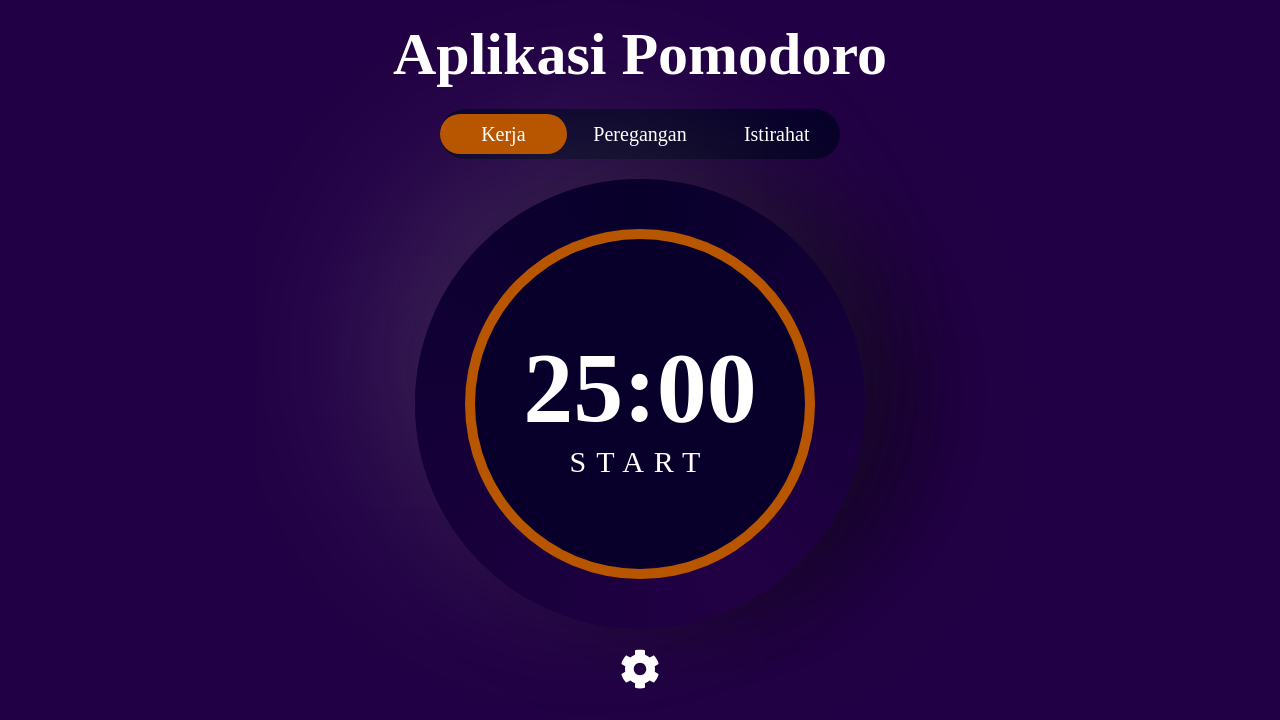
Repository: sellayspy/aplikasiPomodoro
Page: /
An editor plug-in stored every save of this project. The page is shown before and after the next save, followed by the edit.
The browser window is 1280 px wide. The pictures show the whole page.
The project was rebuilt for these pictures with package versions that can differ from the ones it lists, and the page was loaded fresh each time. Also part of the build but not shown: vite.config.js, src/components/Settings/Backdrop.jsx, src/components/Settings/ModalContainer.jsx.

Above is the page before, as saved 2024-11-25 16:21:24.

After the next save:
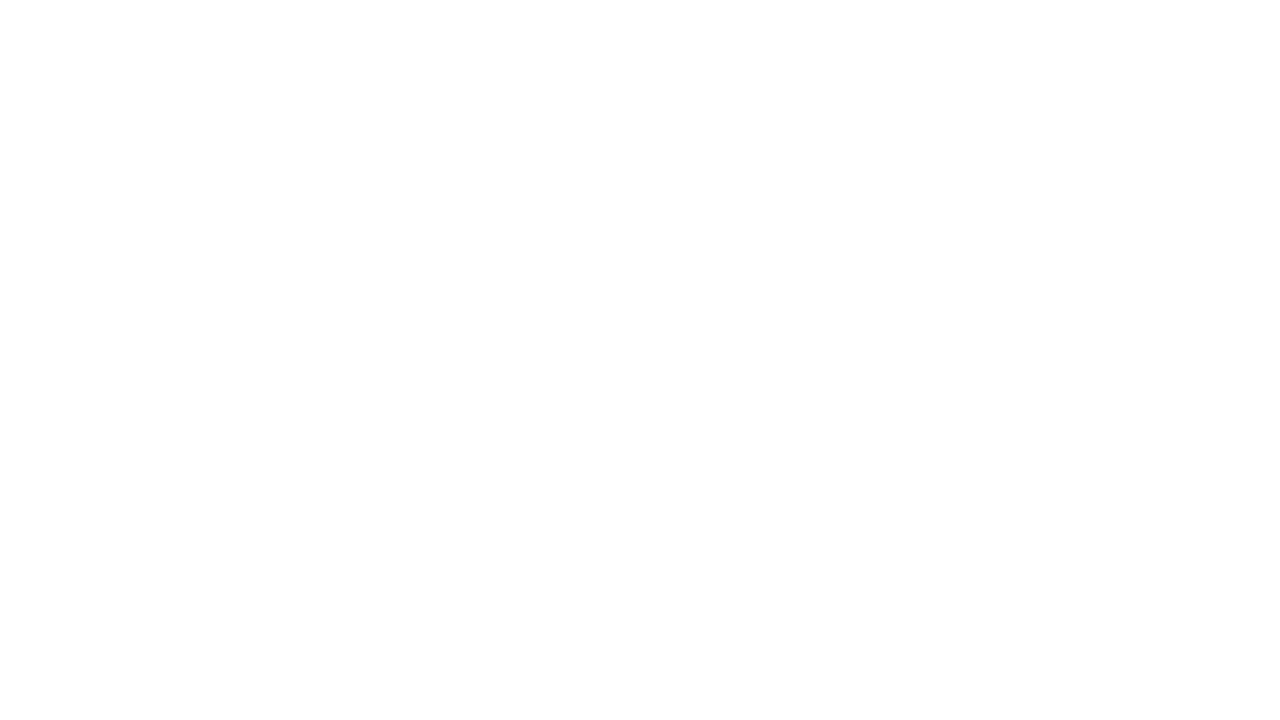
Console error: ReferenceError: onOpen is not defined
Saved 16 s later.
--- a/src/components/Settings/Modal.jsx
+++ b/src/components/Settings/Modal.jsx
@@ -1,13 +1,13 @@
 import Backdrop from "./Backdrop";
 import ModalContainer from "./ModalContainer";
 
-const Modal = ({ onOpen, onClose }) => {
+const Modal = ({ isOpen, onClose }) => {
   return (
     <>
       {onOpen && (
         <>
           <Backdrop />
-          <ModalContainer onOpen={onOpen} onClose={onClose} />
+          <ModalContainer isOpen={isOpen} onClose={onClose} />
         </>
       )}
     </>

After the save that followed:
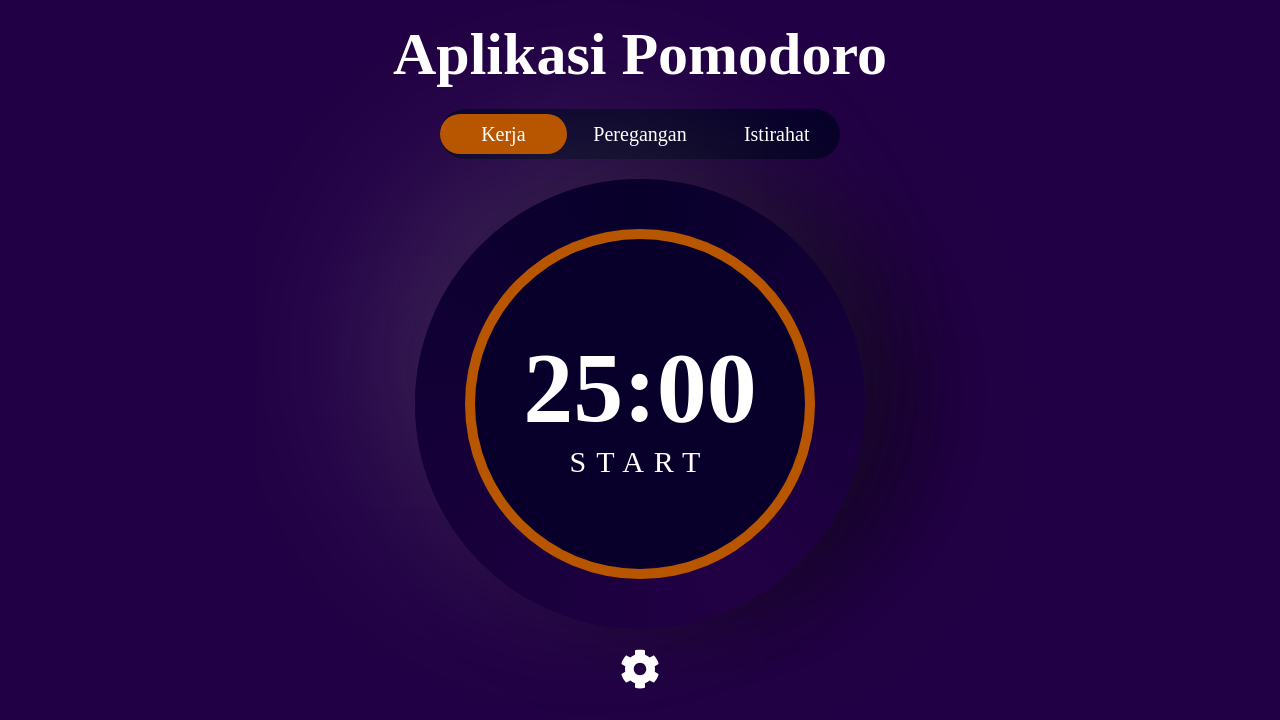
The error is gone.
Saved 26 s later.
--- a/src/components/Settings/Modal.jsx
+++ b/src/components/Settings/Modal.jsx
@@ -4,7 +4,7 @@
 const Modal = ({ isOpen, onClose }) => {
   return (
     <>
-      {onOpen && (
+      {isOpen && (
         <>
           <Backdrop />
           <ModalContainer isOpen={isOpen} onClose={onClose} />
